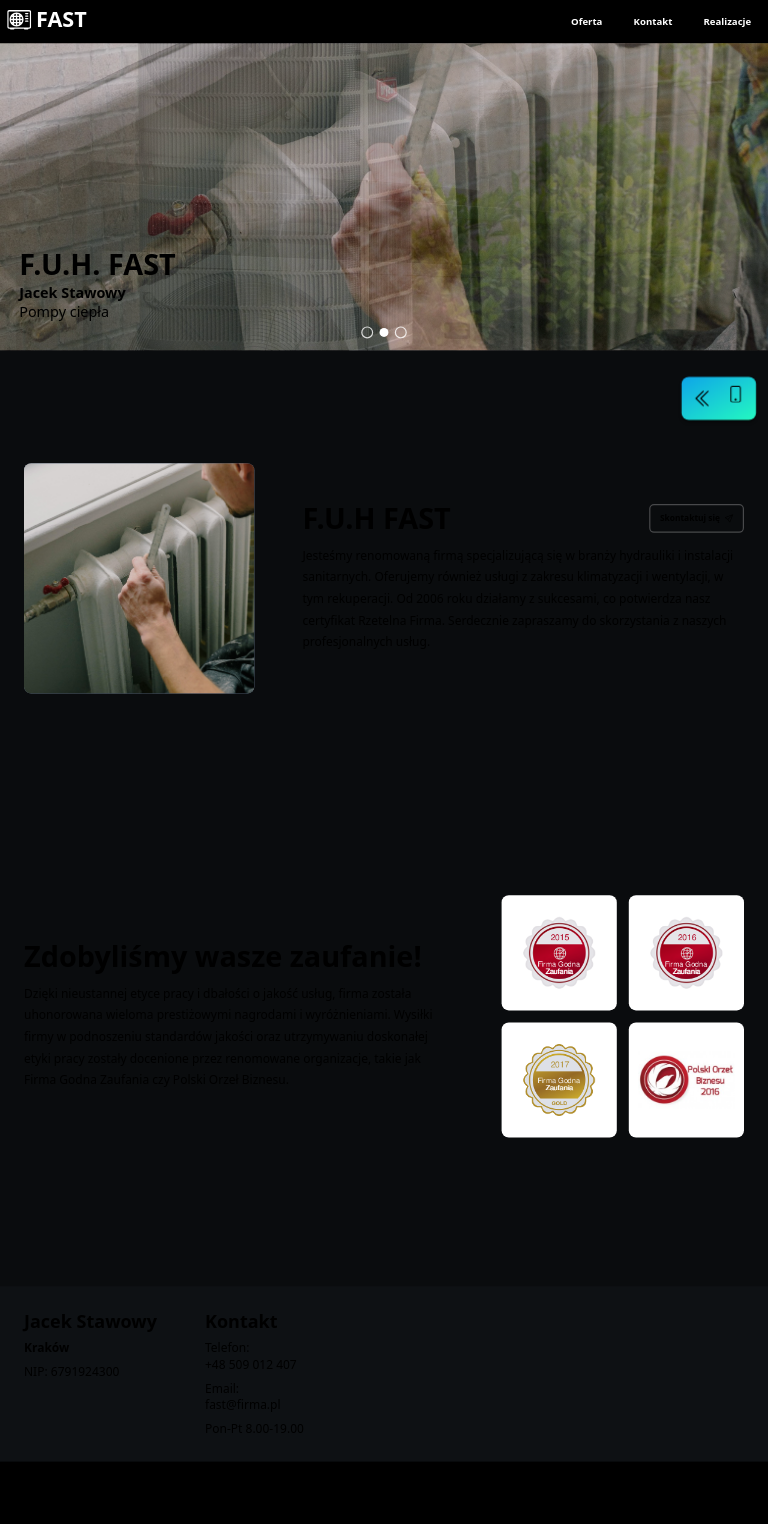
Repository: piotrokrutniak/Fast-CompanyWebsite
Page: /
An editor plug-in stored every save of this project. The page is shown before and after the next save, followed by the edit.
The browser window is 1280 px wide. The pictures show the whole page, at 60% of full size.
The project was rebuilt for these pictures with package versions that can differ from the ones it lists, and the page was loaded fresh each time. The framework's server and built-in components were replaced by stand-ins that run in the browser. Also part of the build but not shown: next.config.js, src/app/components/common/carousel.js.

Above is the page before, as saved 2023-10-22 11:56:59.

After the next save:
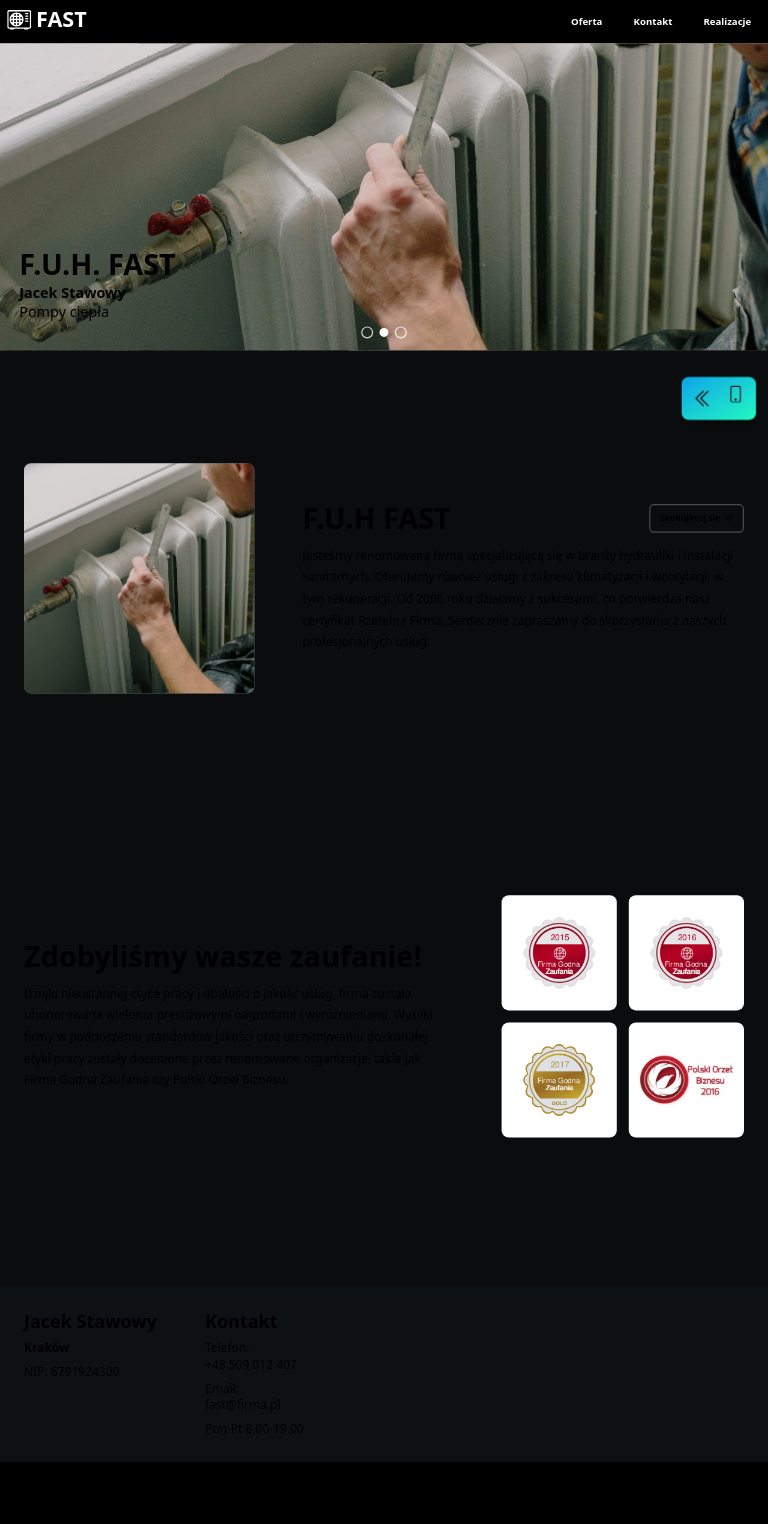
Saved 61 s later.
--- a/src/app/components/common/carouselSlider.js
+++ b/src/app/components/common/carouselSlider.js
@@ -87,7 +87,7 @@
     const offset = index * 100
     return (
         <div className={`w-full h-full left-[${offset}%] `}>
-            <Image src={image.img} alt={image.desc} layout='fill' objectFit='cover' className="h-full opacity-60"/>
+            <Image src={image.img} alt={image.desc} layout='fill' objectFit='cover' className="h-full"/>
         </div>
         )
 }

After the 3 saves that followed:
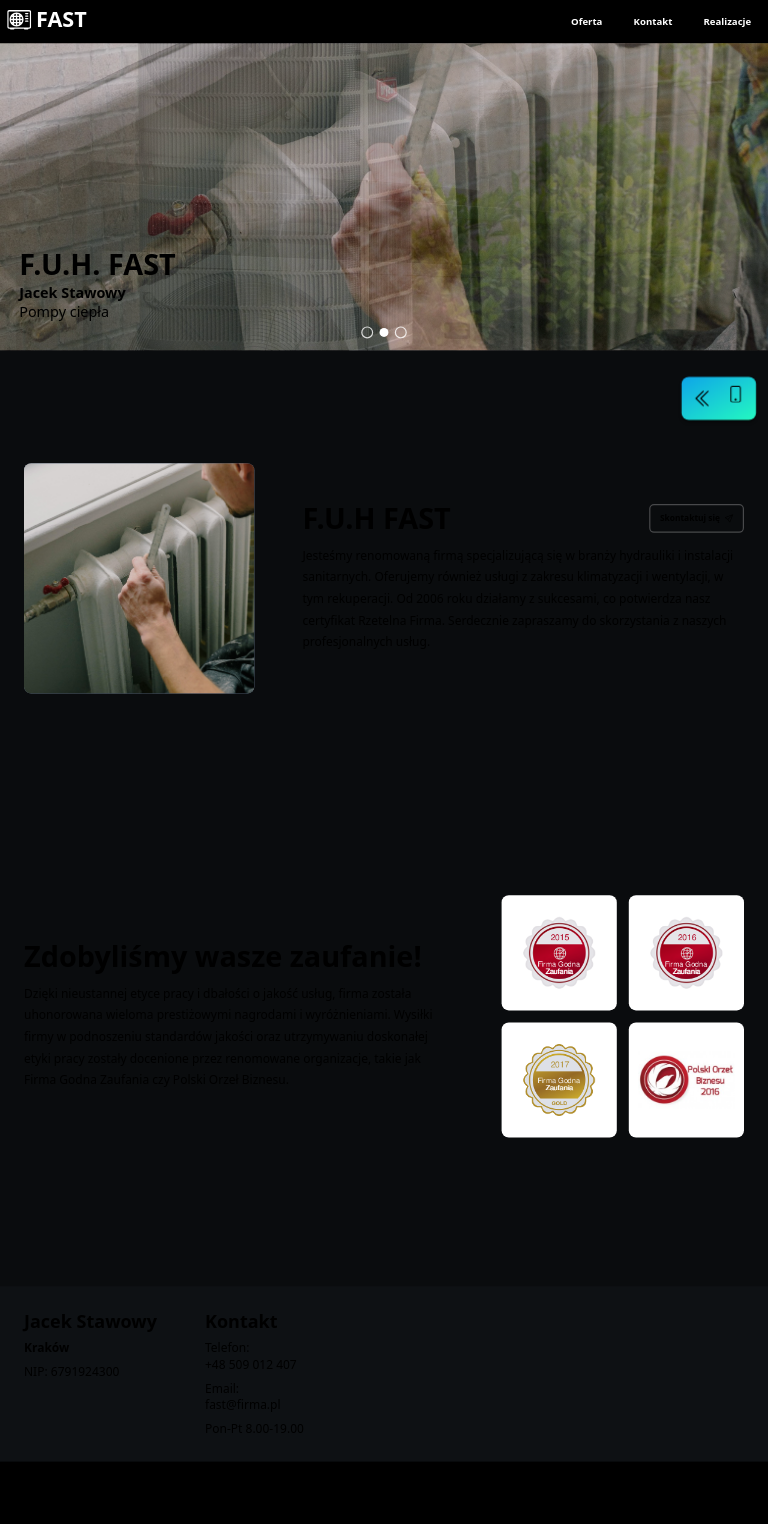
The 3 saves are shown as one change because 2 left the picture as it was.
The last was saved 22 s later.
--- a/src/app/components/common/carouselSlider.js
+++ b/src/app/components/common/carouselSlider.js
@@ -86,8 +86,8 @@
 function CarouselPanel({image, index}){
     const offset = index * 100
     return (
-        <div className={`w-full h-full left-[${offset}%] `}>
-            <Image src={image.img} alt={image.desc} layout='fill' objectFit='cover' className="h-full"/>
+        <div className={`w-full h-full absolute left-[${offset}%] `}>
+            <Image src={image.img} alt={image.desc} layout='fill' objectFit='cover' className="h-full opacity-60"/>
         </div>
         )
 }
